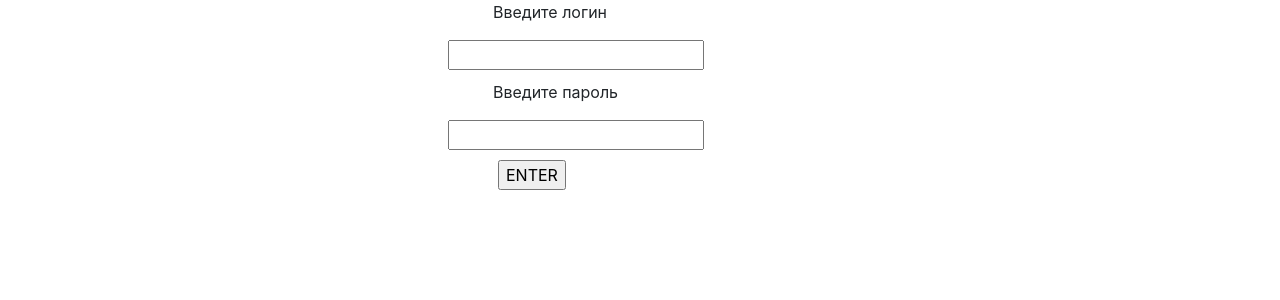
Repository: sMoonBeam/Labs
Page: MyList/WebContent/index.html
These files come from the project's save history. The page is drawn as it stood at one moment and after the next save; the edit follows.
The browser window is 1280 px wide. The pictures show the whole page.

Above is the page before, as saved 2019-10-16 20:44:17.

After the next save:
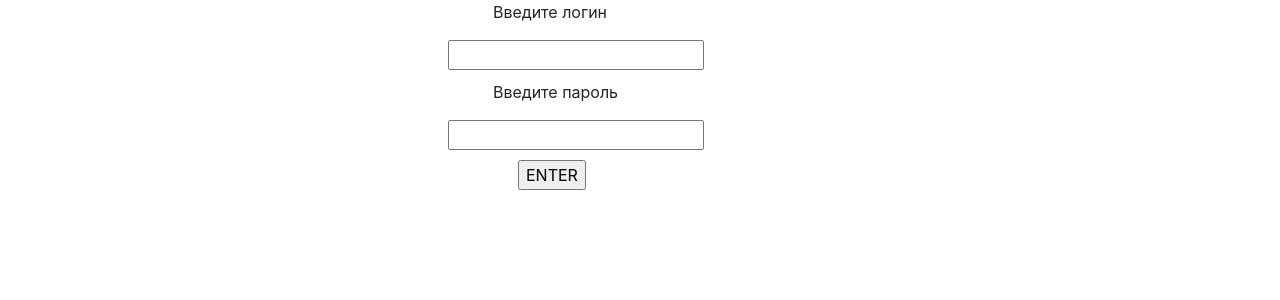
Saved 5 s later.
--- a/MyList/WebContent/index.html
+++ b/MyList/WebContent/index.html
@@ -13,7 +13,7 @@
 		<p style="margin-left:45px; margin-top: 10px;">Введите пароль</p>
 		<input type="text" name="password"/>
 		<br>
-		<input style="margin-top: 10px; margin-left: 50px;" type="submit" value="ENTER"/>
+		<input style="margin-top: 10px; margin-left: 70px;" type="submit" value="ENTER"/>
 	</form>
 </body>
 </html>
